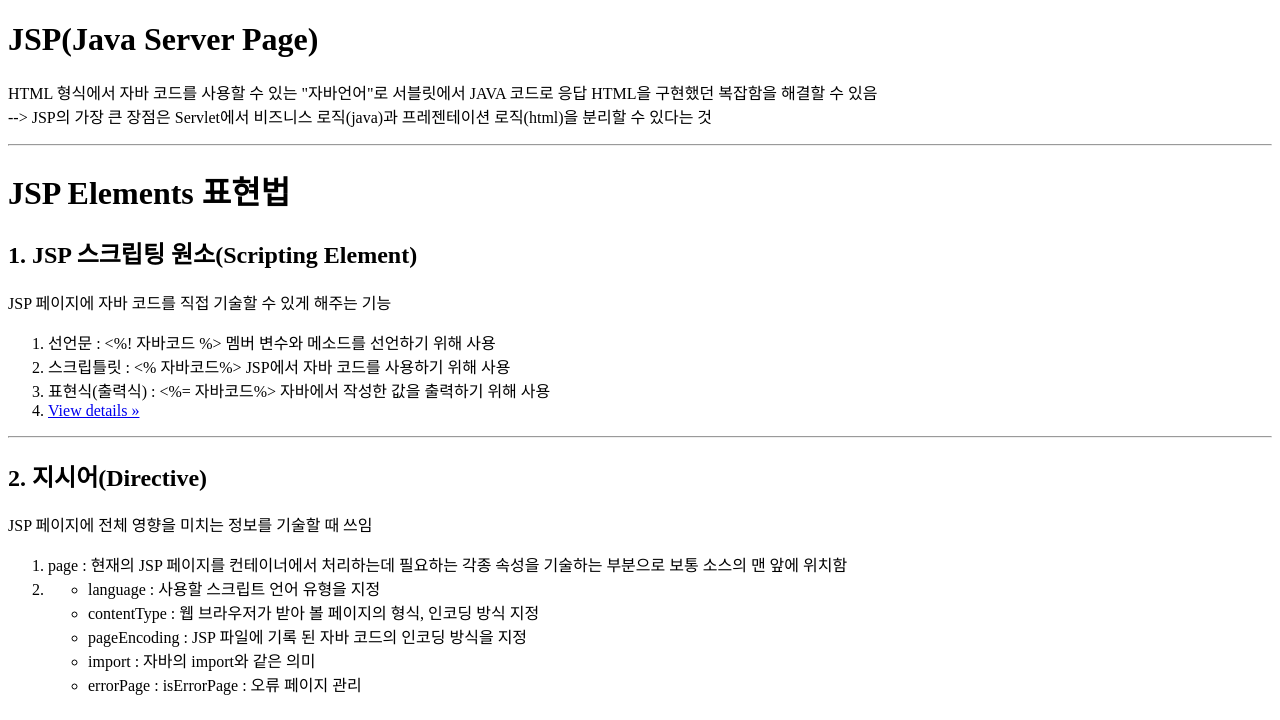
Repository: chuhj1226/servlet
Page: workspace/2_JSP/WebContent/index.html
These files come from the project's save history. The page is drawn as it stood at one moment and after the next save; the edit follows.
The browser window is 1280 px wide. The pictures show the whole page.

Above is the page before, as saved 2021-10-05 08:38:45.

### workspace/2_JSP/WebContent/index.html
	<!DOCTYPE html>
	<html>
	<head>
	<meta charset="UTF-8">
	<title>2_JSP</title>
	</head>
	<body>
		<h1>JSP(Java Server Page)</h1>
		<p>
			HTML 형식에서 자바 코드를 사용할 수 있는 "자바언어"로
			서블릿에서 JAVA 코드로 응답 HTML을 구현했던 복잡함을 해결할 수 있음<br>
			--> JSP의 가장 큰 장점은 Servlet에서 비즈니스 로직(java)과 프레젠테이션 로직(html)을
			분리할 수 있다는 것
		</p>

		<hr>

		<h1>JSP Elements 표현법</h1>
		<h2>1. JSP 스크립팅 원소(Scripting Element)</h2>
		<p>
			JSP 페이지에 자바 코드를 직접 기술할 수 있게 해주는 기능
		</p>
		<ol>
			<li>선언문 : &lt;%! 자바코드 %&gt;
				멤버 변수와 메소드를 선언하기 위해 사용</li>
			<li>스크립틀릿 : &lt;% 자바코드%&gt;
				JSP에서 자바 코드를 사용하기 위해 사용</li>
			<li>표현식(출력식) : &lt;%= 자바코드%&gt;
				자바에서 작성한 값을 출력하기 위해 사용</li>
			<li><a href="views/01_sum.jsp">View details &raquo;</a>
		</ol>

		<hr>

		<h2>2. 지시어(Directive)</h2>
		<p>
			JSP 페이지에 전체 영향을 미치는 정보를 기술할 때 쓰임
		</p>

		<ol>
			<li> page : 현재의 JSP 페이지를 컨테이너에서 처리하는데 필요하는 각종 속성을 기술하는 부분으로
			보통 소스의 맨 앞에 위치함<li>
				<ul>
					<li>language : 사용할 스크립트 언어 유형을 지정</li>
					<li>contentType : 웹 브라우저가 받아 볼 페이지의 형식, 인코딩 방식 지정</li>
					<li>pageEncoding : JSP 파일에 기록 된 자바 코드의 인코딩 방식을 지정</li>
					<li>import : 자바의 import와 같은 의미</li>
					<li>errorPage : isErrorPage : 오류 페이지 관리</li>
				</ul>
		</ol>
	</body>
	</html>

After the next save:
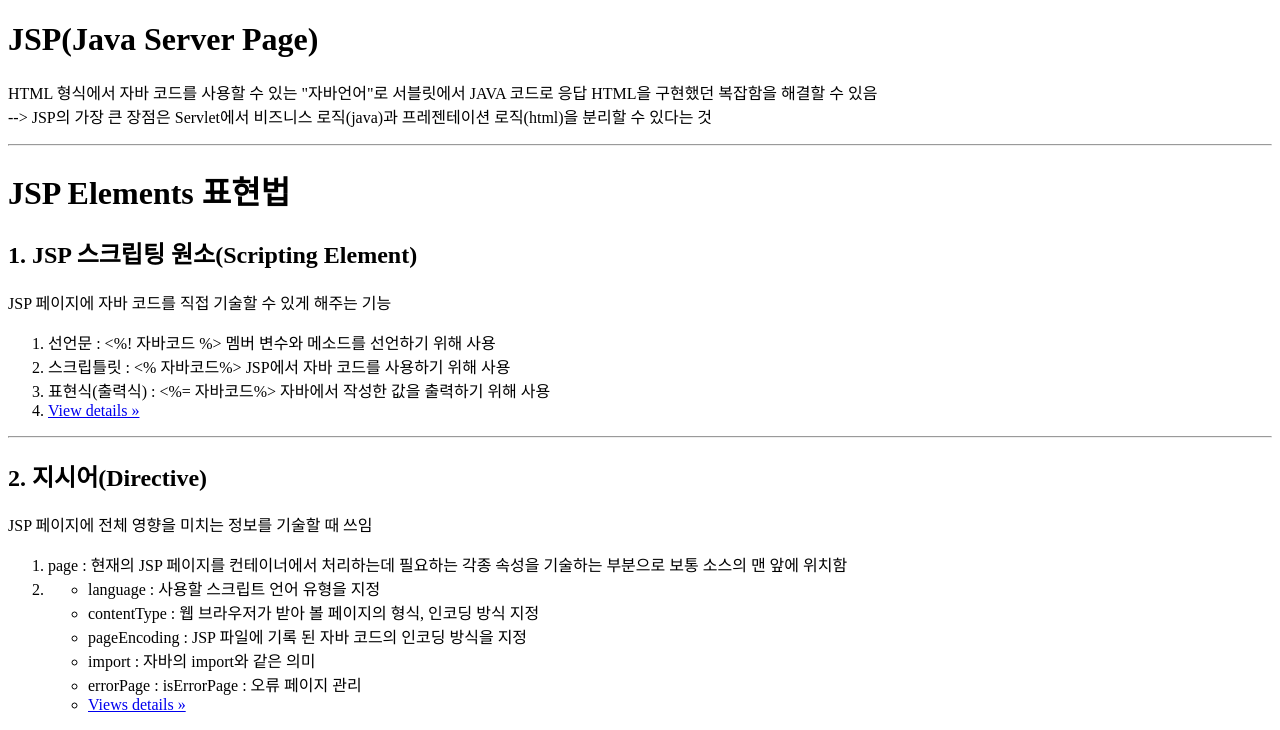
Saved 38 s later.
--- a/workspace/2_JSP/WebContent/index.html
+++ b/workspace/2_JSP/WebContent/index.html
@@ -46,6 +46,7 @@
 					<li>pageEncoding : JSP 파일에 기록 된 자바 코드의 인코딩 방식을 지정</li>
 					<li>import : 자바의 import와 같은 의미</li>
 					<li>errorPage : isErrorPage : 오류 페이지 관리</li>
+					<li><a href="views/02_directivePage.jsp">Views details &raquo;</a>
 				</ul>
 		</ol>
 	</body>
